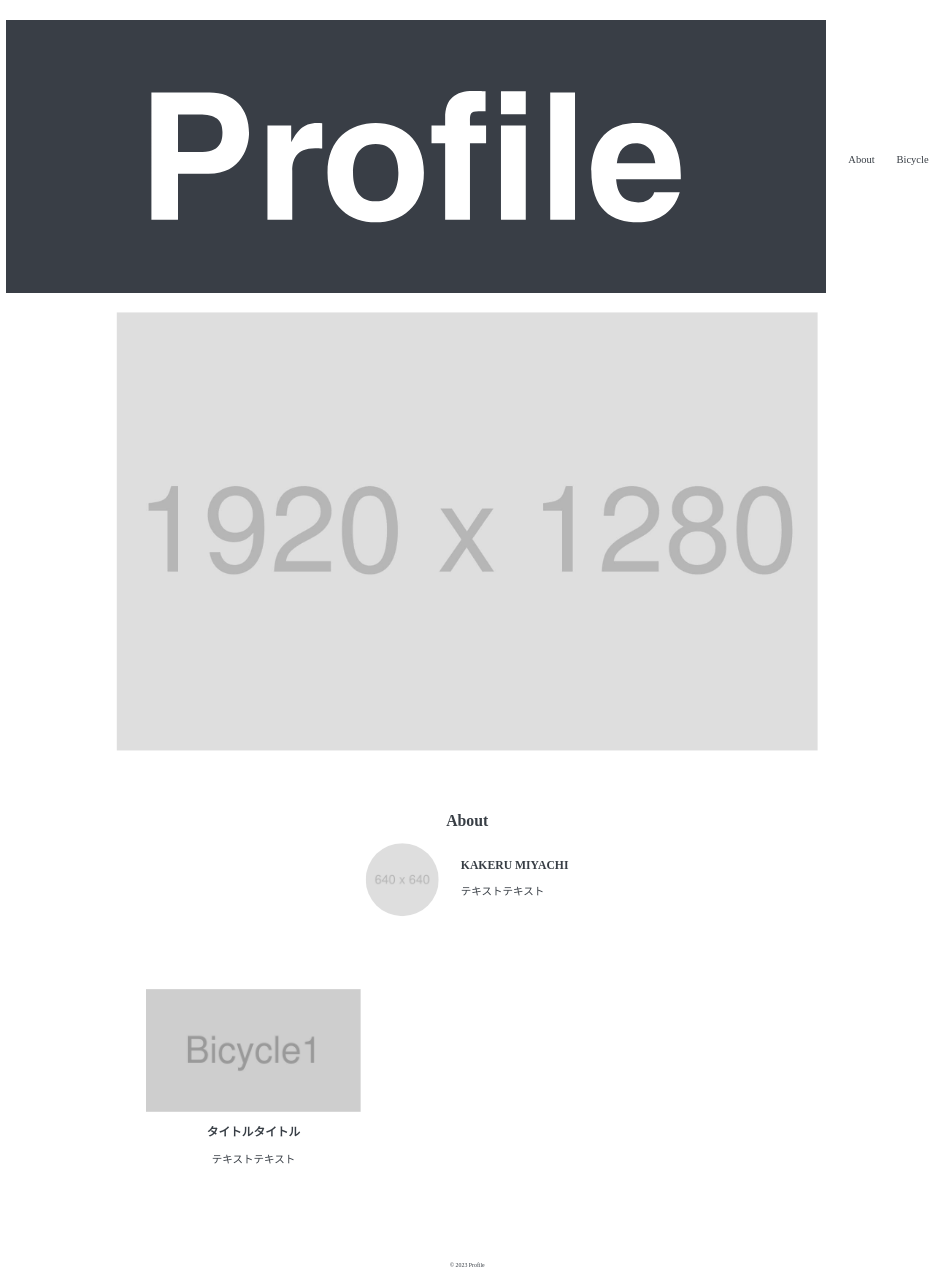
Repository: Fuki-san/bicycle
Page: http://localhost/profile
An editor plug-in stored every save of this project. The page is shown before and after a run of saves, followed by the edit.
The browser window is 1280 px wide. The pictures show the whole page, at 73% of full size.
The page is served by the project's Laravel application, run on PHP 8.4 with Laravel 10. Other server files are loaded and not shown.

Above is the page before, as saved 2023-11-18 14:35:04.

### routes/web.php
<?php

use Illuminate\Support\Facades\Route;

/*
|--------------------------------------------------------------------------
| Web Routes
|--------------------------------------------------------------------------
|
| Here is where you can register web routes for your application. These
| routes are loaded by the RouteServiceProvider and all of them will
| be assigned to the "web" middleware group. Make something great!
|
*/

Route::get('profile', function() {
    return view('bicycle');
})->name('profile');

### resources/views/bicycle.blade.php
@extends('layouts.main')

@section('title', 'bicycle')

@section('content')
    <header id="header">
        <h1 id="site-title"><a href="{{ route('profile') }}"><img src="img/logo.svg"></a></h1>
        <nav>
            <ul>
                <li><a href="#about">About</a></li>
                <li><a href="#bicycle">Bicycle</a></li>
            </ul>
        </nav>
    </header>

    <main>
        <div id="mainvisual" class="wrapper">
            <img src="img/mainvisual.jpg">
        </div>

        <section id="about" class="wrapper">
            <h2 id="about">About</h2>
            <div class="content">
                <img src="img/about.jpg">
                <div class="text">
                    <h3 class="content-title">KAKERU MIYACHI</h3>
                    <p>テキストテキスト</p>
                </div>
            </div>
        </section>

        <section id="bicycle" class="wrapper">
            <ul>
                <li><img src="img/bicycle1.jpg"><h3 class="content-title">タイトルタイトル</h3><p>テキストテキスト</p></li>

            </ul>
        </section>

    </main>

    <footer id="footer">
        <p>&copy; 2023 Profile</p>
    </footer>

@endsection

### resources/views/layouts/main.blade.php
<!DOCTYPE html>
<html lang="ja">
<head>
    <meta charset="UTF-8">
    <meta name="viewport" content="width=device-width, initial-scale=1.0">
    <meta http-equiv="X-UA-Compatible" content="ie=edge">
    <link rel="stylesheet" href="{{ asset('css/reset.css') }}">
    <link rel="stylesheet" href="{{ asset('css/style.css') }}">
    <link rel="icon" href="img/favicon.ico">
    <title>@yield('title')</title>
</head>
<body>
    @yield('content')
</body>
</html>

### public/css/style.css
@charset "UTF-8";

html{
    font-size: 100%;
}

body{
    font-size: 0.9rem;
    color: #383e45;
}

img{
    max-width: 100%;
}

li{
    list-style: none;
}

a{
    text-decoration: none;
}

.site-title{
    width: 120px;
    line-height: 1px;
    padding: 10px 0;
}

.site-title a{
    display: block;
}

.section-title{
    display: inline-block;
    font-size: 2rem;
    border-bottom: solid 1px #383e45;
    margin-bottom: 60px;
    text-align: center;
}

.content-title{
    font-size: 1rem;
    margin: 10px 0;
}

.wrapper{
    margin: 0 auto 100px auto;
    padding: 0 4%;
    text-align: center;
    max-width: 960px;
}

/* header */

#header{
    margin: 0 auto;
    display: flex;
    align-items: center;
    justify-content: space-between;
}

#header ul{
    display: flex;
    padding: 10px 0;
}

#header li{
    margin-left: 30px;
}
#header li a{
    color:#383e45;
}

#header li a:hover{
    opacity: 0.7;
}

#mainvisual{
    margin-bottom: 80px;
}

#mainvisual img{
    width: 100%;
    max-width: 1920px;
    height: 600px;
    object-fit: cover;
}

#about .content{
    display: flex;
    justify-content: center;
    align-items: center;
}

#about img{
    width: 100px;
    height: 100px;
    border-radius: 50%;
    margin-right: 30px;
}

#about .text{
    text-align: left;
}

/* about */

#bicycle ul{
    display: flex;
    justify-content: space-between;
}

#bicycle li{
    width: 32%;
}

#footer{
    font-size: 0.5rem;
    text-align: center;
    padding: 10px 0;
}

@media screen and (max-width: 600px) {
    #mainvisual img{
        height: calc(100vh - 60px);
    }

    #about .content{
        flex-direction: column;
    }

    #about img{
        margin-right: 0;
    }

    #bicycle ul{
        flex-direction: column;
    }

    #bicycle li{
        width: 100%;
        margin-bottom: 30px;
    }
}

### public/img/logo.svg
<?xml version="1.0" encoding="utf-8"?>
<!-- Generator: Adobe Illustrator 15.1.0, SVG Export Plug-In . SVG Version: 6.00 Build 0)  -->
<!DOCTYPE svg PUBLIC "-//W3C//DTD SVG 1.1//EN" "http://www.w3.org/Graphics/SVG/1.1/DTD/svg11.dtd">
<svg version="1.1" id="レイヤー_1" xmlns="http://www.w3.org/2000/svg" xmlns:xlink="http://www.w3.org/1999/xlink" x="0px"
	 y="0px" width="1500px" height="500px" viewBox="0 0 1500 500" enable-background="new 0 0 1500 500" xml:space="preserve">
<g>
	<rect x="0" fill="#393E46" width="1500" height="500"/>
</g>
<g>
	<path fill="#FFFFFF" d="M314.698,365.466h-48.583v-232.55h106.235c45.02,0,72.227,28.825,72.227,74.493
		c0,21.052-11.66,74.169-74.171,74.169h-55.708V365.466z M359.719,241.417c36.275,0,36.275-25.911,36.275-36.275
		c0-22.672-12.632-32.064-42.754-32.064h-38.542v68.34H359.719z"/>
	<path fill="#FFFFFF" d="M478.26,193.158h43.4v29.799h0.646c9.395-17.49,19.758-34.333,47.288-34.333
		c2.915,0,5.83,0.323,8.745,0.647v45.992c-3.887-0.648-8.745-0.648-12.956-0.648c-35.303,0-41.78,22.024-41.78,41.133v89.718H478.26
		V193.158z"/>
	<path fill="#FFFFFF" d="M676.155,370c-46.315,0-88.097-28.501-88.097-90.688c0-62.186,41.781-90.688,88.097-90.688
		c46.316,0,88.097,28.503,88.097,90.688C764.252,341.499,722.472,370,676.155,370z M676.155,226.843
		c-34.979,0-41.457,30.445-41.457,52.47c0,22.023,6.478,52.469,41.457,52.469s41.458-30.445,41.458-52.469
		C717.613,257.288,711.135,226.843,676.155,226.843z"/>
	<path fill="#FFFFFF" d="M848.461,365.466h-45.344V225.547h-24.939v-32.389h24.939v-13.927c0-35.628,19.434-49.231,50.527-49.231
		c13.278,0,19.432,0.323,23.318,0.648v36.599h-12.631c-15.547,0-15.871,4.858-15.871,19.109v6.802h29.474v32.389h-29.474V365.466z"
		/>
	<path fill="#FFFFFF" d="M950.484,172.754H905.14v-42.105h45.345V172.754z M950.484,193.158v172.308H905.14V193.158H950.484z"/>
	<path fill="#FFFFFF" d="M1040.524,365.466h-45.344v-232.55h45.344V365.466z"/>
	<path fill="#FFFFFF" d="M1231.94,314.939c-11.982,41.457-46.314,55.061-75.788,55.061c-48.584,0-85.83-23.319-85.83-94.252
		c0-20.728,7.125-87.124,82.592-87.124c34.008,0,80.971,16.194,80.971,94.898v8.097h-118.219
		c1.296,12.956,3.887,42.105,40.486,42.105c12.631,0,25.586-6.479,29.148-18.785H1231.94z M1187.245,262.146
		c-2.591-27.855-20.404-36.275-34.979-36.275c-21.377,0-32.713,13.604-35.304,36.275H1187.245z"/>
</g>
</svg>

After the next 2 saves:
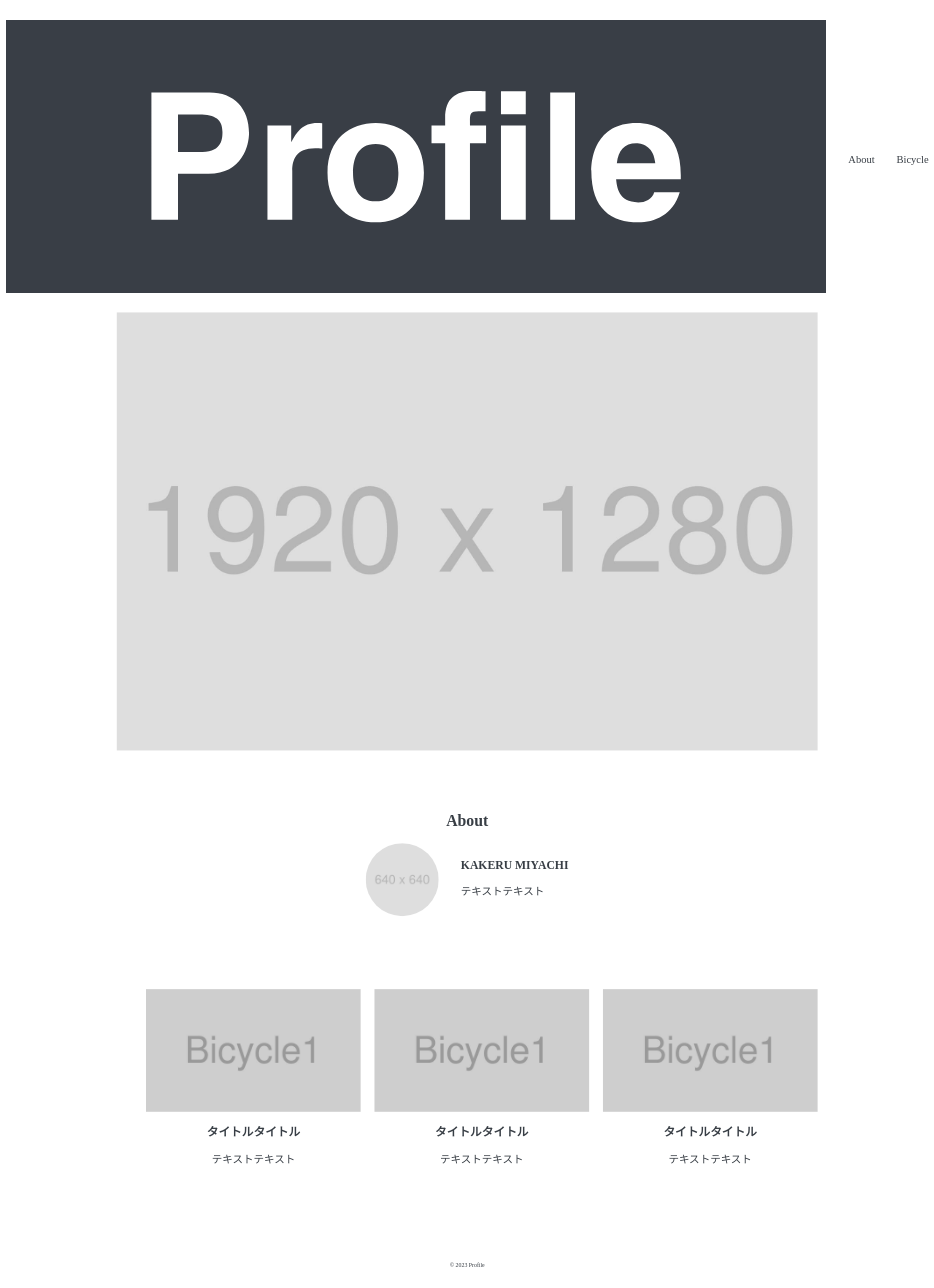
The 2 saves are shown as one change because they came seconds apart.
The last was saved 9 s later.
--- a/resources/views/bicycle.blade.php
+++ b/resources/views/bicycle.blade.php
@@ -32,7 +32,8 @@
         <section id="bicycle" class="wrapper">
             <ul>
                 <li><img src="img/bicycle1.jpg"><h3 class="content-title">タイトルタイトル</h3><p>テキストテキスト</p></li>
-
+                <li><img src="img/bicycle1.jpg"><h3 class="content-title">タイトルタイトル</h3><p>テキストテキスト</p></li>
+                <li><img src="img/bicycle1.jpg"><h3 class="content-title">タイトルタイトル</h3><p>テキストテキスト</p></li>
             </ul>
         </section>
 
